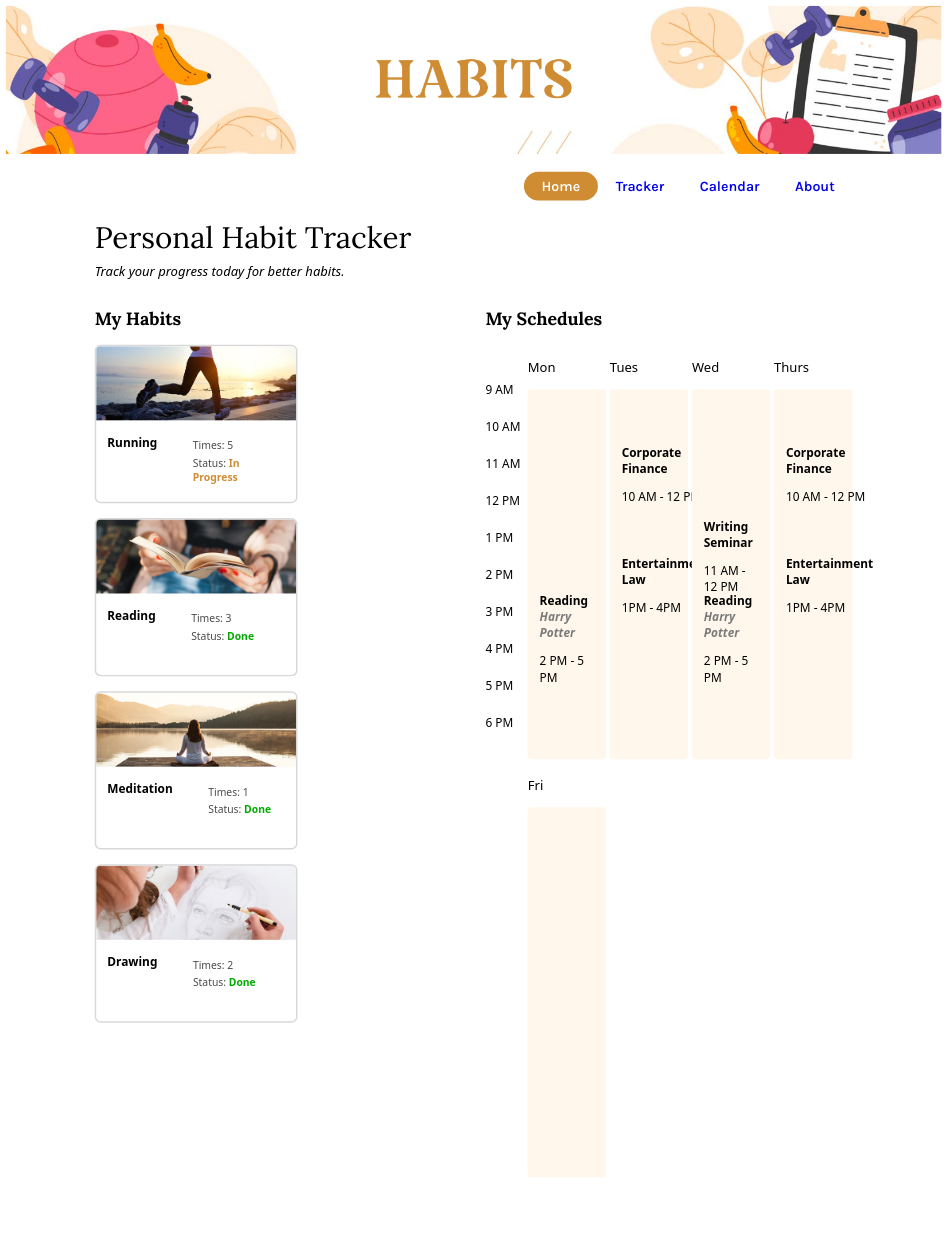
Repository: SandyLy453/habit-tracker
Page: http://localhost/
An editor plug-in stored every save of this project. The page is shown before and after the next save, followed by the edit.
The browser window is 1280 px wide. The pictures show the whole page, at 74% of full size.
The page is served by the project's Node server (server.js).

Above is the page before, as saved 2025-03-14 20:16:00.

### views/pages/home.ejs
<!DOCTYPE html>
<html lang="en">
<head>
    <meta charset="UTF-8">
    <meta name="viewport" content="width=device-width, initial-scale=1.0">
    <link rel="stylesheet" href="/styles.css">

    <!-- Fonts -->
    <link rel="preconnect" href="https://fonts.googleapis.com">
    <link rel="preconnect" href="https://fonts.gstatic.com" crossorigin>
    <link href="https://fonts.googleapis.com/css2?family=Karla:ital,wght@0,200..800;1,200..800&family=Roboto:ital,wght@0,100..900;1,100..900&display=swap" rel="stylesheet">

    <link rel="preconnect" href="https://fonts.googleapis.com">
    <link rel="preconnect" href="https://fonts.gstatic.com" crossorigin>
    <link href="https://fonts.googleapis.com/css2?family=Lora:ital,wght@0,400..700;1,400..700&display=swap" rel="stylesheet">
</head>
<body>
    <%- include('../partials/header', { activePage: 'home' }) %>
    <div class="heading_section">
        <h1>Personal Habit Tracker</h1>
        <p>Track your progress today for better habits.</p>
    </div>

    <section class="main_content">
        <div class="cards_section">
            <h2>My Habits</h2>
            <section class="cards">
                <div class="card">
                    <img src="/images/running.png" alt="Running Image" />
                    <div class="habit">
                        <h3>Running</h3>
                        <div class="details">
                            <p>Times: 5</p>
                            <p>Status: <span class="status in-progress">In Progress</span></p>
                        </div>
                    </div>
                </div>
                <div class="card">
                    <img src="/images/reading.png" alt="Running Image" />
                    <div class="habit">
                        <h3>Reading</h3>
                        <div class="details">
                            <p>Times: 3</p>
                            <p>Status: <span class="status done">Done</span></p>
                        </div>
                    </div>
                </div>
                <div class="card">
                    <img src="/images/meditation.png" alt="Running Image" />
                    <div class="habit">
                        <h3>Meditation</h3>
                        <div class="details">
                            <p>Times: 1</p>
                            <p>Status: <span class="status done">Done</span></p>
                        </div>
                    </div>
                </div>
                <div class="card">
                    <img src="/images/drawing.png" alt="Running Image" />
                    <div class="habit">
                        <h3>Drawing</h3>
                        <div class="details">
                            <p>Times: 2</p>
                            <p>Status: <span class="status done">Done</span></p>
                        </div>
                    </div>
                </div>
            </section>
        </div>
        <div class="schedules_section">
            <h2>My Schedules</h2>
            <div class="calendar">
                <div class="timeline">
                  <div class="spacer"></div>
                  <div class="time-marker">9 AM</div>
                  <div class="time-marker">10 AM</div>
                  <div class="time-marker">11 AM</div>
                  <div class="time-marker">12 PM</div>
                  <div class="time-marker">1 PM</div>
                  <div class="time-marker">2 PM</div>
                  <div class="time-marker">3 PM</div>
                  <div class="time-marker">4 PM</div>
                  <div class="time-marker">5 PM</div>
                  <div class="time-marker">6 PM</div>
                </div>
                <div class="days">
                  <div class="day mon">
                    <div class="date">
                      <p class="date-day">Mon</p>
                    </div>
                    <div class="events">
                      <div class="event start-2 end-5 securities">
                        <p class="title">Reading<br><span style="font-style: italic; color: #7a7a7a">Harry Potter</span></p>
                        <p class="time">2 PM - 5 PM</p>
                      </div>
                    </div>
                  </div>
                  <div class="day tues">
                    <div class="date">
                      <p class="date-day">Tues</p>
                    </div>
                    <div class="events">
                      <div class="event start-10 end-12 corp-fi">
                        <p class="title">Corporate Finance</p>
                        <p class="time">10 AM - 12 PM</p>
                      </div>
                      <div class="event start-1 end-4 ent-law">
                        <p class="title">Entertainment Law</p>
                        <p class="time">1PM - 4PM</p>
                      </div>
                    </div>
                  </div>
                  <div class="day wed">
                    <div class="date">
                      <p class="date-day">Wed</p>
                    </div>
                    <div class="events">
                      <div class="event start-12 end-1 writing">
                        <p class="title">Writing Seminar</p>
                        <p class="time">11 AM - 12 PM</p>
                      </div>
                      <div class="event start-2 end-5 securities">
                        <p class="title">Reading<br><span style="font-style: italic; color: #7a7a7a">Harry Potter</span></p>
                        <p class="time">2 PM - 5 PM</p>
                      </div>
                    </div>
                  </div>
                  <div class="day thurs">
                    <div class="date">
                      <p class="date-day">Thurs</p>
                    </div>
                    <div class="events">
                      <div class="event start-10 end-12 corp-fi">
                        <p class="title">Corporate Finance</p>
                        <p class="time">10 AM - 12 PM</p>
                      </div>
                      <div class="event start-1 end-4 ent-law">
                        <p class="title">Entertainment Law</p>
                        <p class="time">1PM - 4PM</p>
                      </div>
                    </div>
                  </div>
                  <div class="day fri">
                    <div class="date">
                      <p class="date-day">Fri</p>
                    </div>
                    <div class="events">
                    </div>
                  </div>
                </div>
              </div>
        </div>
    </section>
</body>
</html>

### views/partials/header.ejs
<!DOCTYPE html>
<html lang="en">
<head>
    <meta charset="UTF-8">
    <meta name="viewport" content="width=device-width, initial-scale=1.0">
    <title>
        <%= typeof title != 'undefined' ? title : 'Page Title' %>
    </title>
    <link rel="stylesheet" href="/styles.css">
    <link rel="preconnect" href="https://fonts.googleapis.com">
    <link rel="preconnect" href="https://fonts.gstatic.com" crossorigin>
    <link href="https://fonts.googleapis.com/css2?family=Karla:ital,wght@0,200..800;1,200..800&family=Roboto:ital,wght@0,100..900;1,100..900&display=swap" rel="stylesheet">
</head>
<body>
    <header>
        <div class="header_container">
            <img src="<%= activePage === 'home' ? '/images/home_banner.png' : activePage === 'tracker' ? '/images/tracker_banner.png' : activePage === 'calendar' ? '/images/calendar_banner.png' : '/images/about_banner.png' %>" alt="Banner Images"/>
            <ul class="header">
                <li><a href="/" class="header_items <%= activePage === 'home' ? 'highlight' : '' %>">Home</a></li>
                <li><a href="/tracker" class="header_items <%= activePage === 'tracker' ? 'highlight' : '' %>">Tracker</a></li>
                <li><a href="/calendar" class="header_items <%= activePage === 'calendar' ? 'highlight' : '' %>">Calendar</a></li>
                <li><a href="/about" class="header_items <%= activePage === 'about' ? 'highlight' : '' %>">About</a></li>
              </ul>
        </div>
    </header>
</body>
</html>

### server.js
import pg from 'pg';
import express from 'express';
import bodyParser from 'body-parser';
import dotenv from 'dotenv';
import path from 'path';
import { fileURLToPath } from 'url';

const __filename = fileURLToPath(import.meta.url);
const __dirname = path.dirname(__filename);

dotenv.config();

// Database setup
const db = new pg.Client({
  user: process.env.DB_USER,
  host: process.env.DB_HOST,
  database: process.env.DB_DATABASE,
  password: process.env.DB_PASSWORD,
  port: process.env.DB_PORT,
});

db.connect()
  .then(() => {
    console.log('Connected to the database');
  })
  .catch(err => {
    console.error('Database connection error:', err.stack);
});

const app = express();
const port = 3000;

app.set('views', path.join(__dirname, 'views'));

// Middleware
app.use(bodyParser.urlencoded({ extended: true }));
app.use(express.static('public'));  // Serve static files from the public folder
app.set('view engine', 'ejs');

// Routes
app.get('/', (req, res) => {
  res.render('pages/home', {
    title: "Personal Habit Tracker",
    activePage: 'home',
    paragraph: "Track your progress today for better habits."
  });
});

app.get('/tracker', (req, res) => {
  res.render('pages/tracker', {
    title: "My Habits Tracker",
    activePage: 'tracker',
    paragraph: " "
  });
});

app.get('/calendar', (req, res) => {
  res.render('pages/calendar', {
    title: "My Calendar",
    activePage: 'calendar',
    paragraph: " "
  });
});

app.get('/about', (req, res) => {
  res.render('pages/about', {
    title: "About",
    activePage: 'about',
  });
});

app.listen(port, () => {
  console.log(`App listening at port ${port}`);
});

### public/styles.css
:root {
    --header-font: "Karla", sans-serif;
    --heading-font: "Lora", serif;

    --font-styles-bold: 600;
    --font-styles-regular: 400;
    --header-large: 1.2rem;
    --page-heading: 2.5rem;
    --page-details: 1.1rem;

    --card-status-inProgress: #CF8C33;
    --card-paragraph: #4A4A4A;
    --card-status-done: #03a903;

    --schedules-reading: #FFCF90;
    --schedules-running: #B2ABEA;
    --schedules-drawing: #E0F1FF;
    --schedules-meditation: #FFDDE9;
    --event-backgroundColor: #FFF7EC;

    --numDays: 5;
    --numHours: 10;
    --timeHeight: 50px;
}

body {
    font-family: Arial, sans-serif;
    text-align: center;
}

input, button {
    margin: 5px;
    padding: 8px;
}

/* Header */
.header_container img {
    margin: 0;
    padding: 0;
    display: block;
    width: 100%;
    height: 100%;
    object-fit: cover;
}

.header {
    display: flex;
    flex-direction: row;
    justify-content:flex-end;
    list-style: none;
    margin: 2rem 120px;
    font-family: var(--header-font);
    font-weight: var(--font-styles-bold);
    font-size: var(--header-large);
}

.header_items {
    text-decoration: none;
    padding: .5rem 1.5rem;
    border-radius: 20px;
}

.header_items.highlight {
    color: white;
    background-color: var(--card-status-inProgress);
}

/* Home Page */
.heading_section {
    text-align: left;
    margin: 0 120px;
}

.heading_section h1 {
    font-family: var(--heading-font);
    font-weight: var(--font-styles-regular);
    font-size: var(--page-heading);
    margin-bottom: 0;
}

.heading_section p {
    font-size: var(--page-details);
    margin-top: .5rem;
    font-style: italic;
}

.main_content {
    display: flex;
    flex-direction: row;
    margin: 0 120px 6rem 120px;
    gap: 2rem;
    text-align: left;
    align-items: flex-start;
}

/* Home Page Cards */

.cards_section {
    width: 50%;
    display: flex;
    flex-direction: column;
    justify-content: flex-start;
    padding: 0;
}

.cards_section h2,
.schedules_section h2 {
    font-family: var(--heading-font);
}

.cards {
    display: flex;
    flex-direction: row;
    flex-wrap: wrap;
    gap: 20px;
}

.card {
    position: relative;
    background-color: white;
    border-radius: 8px;
    border: 2px solid #D8D8D8;
    padding: 15px;
    width: 240px;
    height: 180px;
    text-align: left;
    overflow: hidden;
}

.card img {
    width: 100%;
    height: 100px;
    object-fit: cover;
    position: absolute;
    overflow: hidden;
    top: 0;
    left: 0;
    right: 0;
}

.habit {
    position: relative;
    display: flex;
    flex-direction: row;
    margin-bottom: 15px;
    top: 6.5rem;
}

.habit h3 {
    margin: 0;
    font-size: 16px;
    padding-right: 3rem;
}

.habit p {
    margin: 5px 0;
    font-size: 14px;
    color: var(--card-paragraph);
}

.status {
    font-weight: bold;
}

.status.in-progress {
    color: var(--card-status-inProgress);
}

.status.done {
    color: var(--card-status-done);
}

/* Calendar */

.schedules_section {
    width: 50%;
    display: flex;
    flex-direction: column;
}

.calendar {
    display: grid;
    gap: 10px;
    grid-template-columns: auto 1fr;
}

.timeline {
    display: grid;
    grid-template-rows: repeat(var(--numHours), var(--timeHeight));
}

.days {
    display: grid;
    grid-column: 2;
    gap: 5px;
    grid-template-columns: repeat(auto-fit, minmax(100px, 1fr));
}

.events {
    display: grid;
    grid-template-rows: repeat(var(--numHours), var(--timeHeight));
    border-radius: 5px;
    background: var(--event-backgroundColor);
}

.start-10 {
    grid-row-start: 2;
}

.start-12 {
    grid-row-start: 4;
}

.start-1 {
    grid-row-start: 5;
}

.start-2 {
    grid-row-start: 6;
}

.end-12 {
    grid-row-end: 4;
}

.end-1 {
    grid-row-end: 5;
}

.end-3 {
    grid-row-end: 7;
}

.end-4 {
    grid-row-end: 8;
}

.end-5 {
    grid-row-end: 9;
}

.title {
    font-weight: 600;
    margin-bottom: 0.25rem;
}

.event {
    border: 1px solid var(--eventBorderColor);
    border-radius: 5px;
    padding: 0.5rem;
    margin: 0 0.5rem;
    background: white;
}

.space,
.date {
    height: 60px
}

body {
    font-family: system-ui, sans-serif;
}

.corp-fi {
    background: var(--eventColor1);
}

.ent-law {
    background: var(--eventColor2);
}

.writing {
    background: var(--eventColor3);
}

.securities {
    background: var(--eventColor4);
}

.date {
    display: flex;
    gap: 1em;
}

.date-day {
    display: inline;
    font-size: var(--page-details);
}

After the next save:
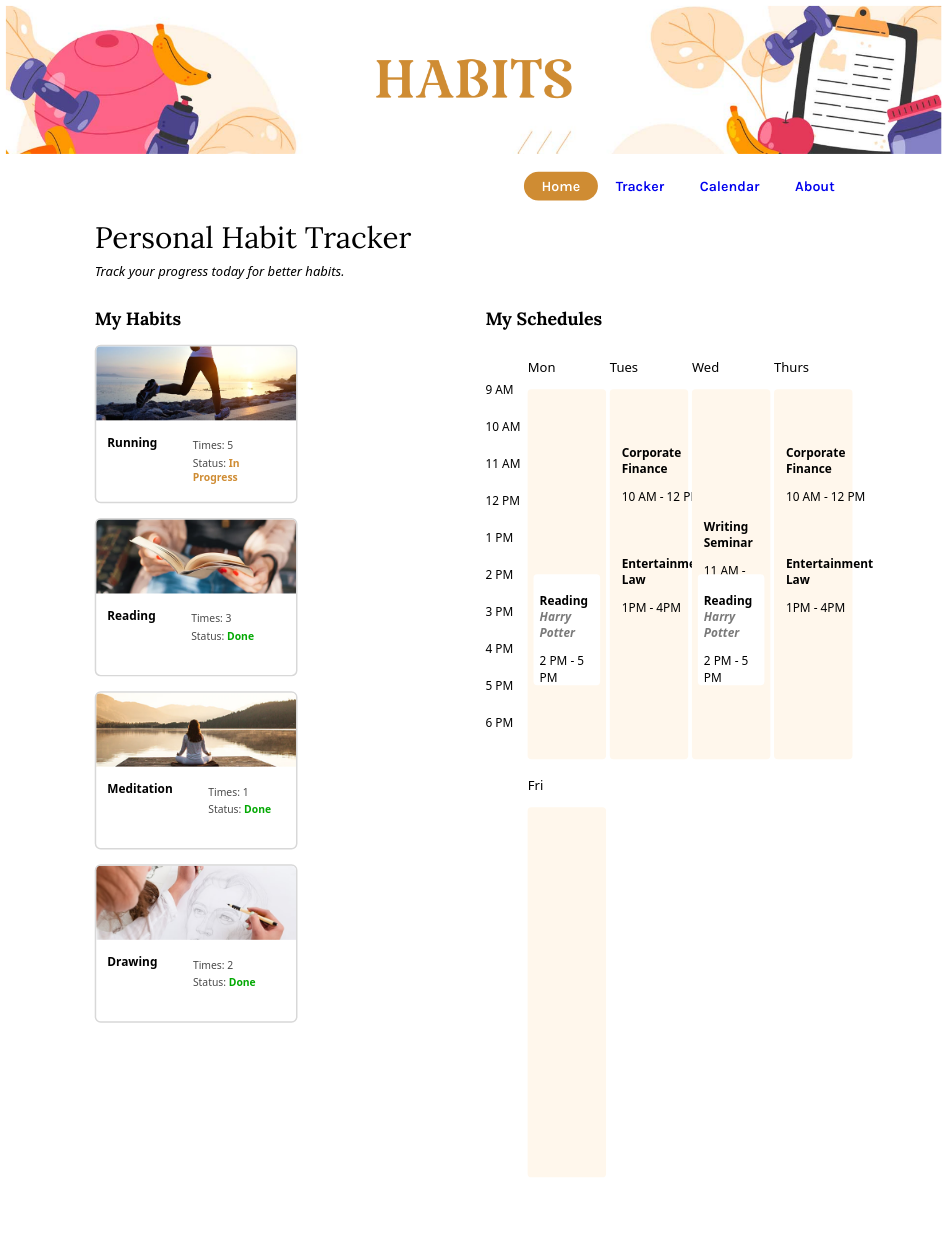
Saved 21 s later.
--- a/views/pages/home.ejs
+++ b/views/pages/home.ejs
@@ -89,7 +89,7 @@
                       <p class="date-day">Mon</p>
                     </div>
                     <div class="events">
-                      <div class="event start-2 end-5 securities">
+                      <div class="event start-2 end-5 reading">
                         <p class="title">Reading<br><span style="font-style: italic; color: #7a7a7a">Harry Potter</span></p>
                         <p class="time">2 PM - 5 PM</p>
                       </div>
@@ -119,7 +119,7 @@
                         <p class="title">Writing Seminar</p>
                         <p class="time">11 AM - 12 PM</p>
                       </div>
-                      <div class="event start-2 end-5 securities">
+                      <div class="event start-2 end-5 reading">
                         <p class="title">Reading<br><span style="font-style: italic; color: #7a7a7a">Harry Potter</span></p>
                         <p class="time">2 PM - 5 PM</p>
                       </div>
